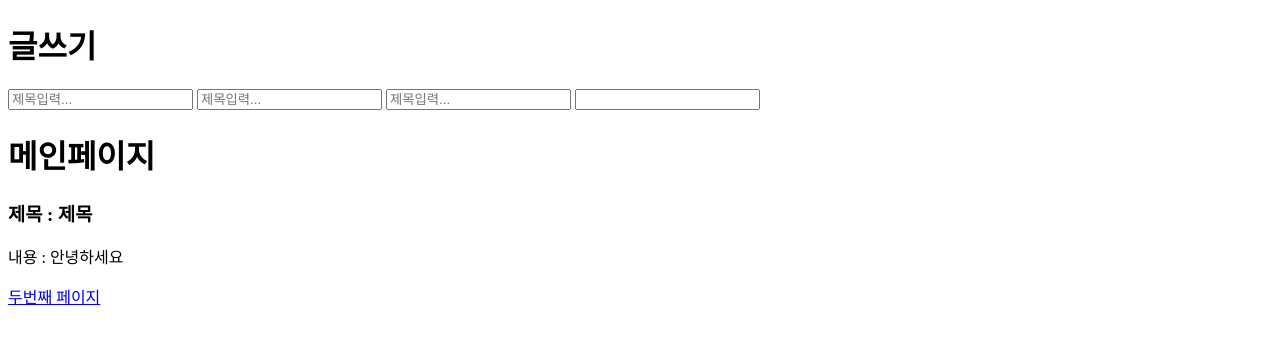
Repository: roseline0912/LikeLion
Page: http://localhost/
The author's editor kept a record of every edit. The page is drawn from the files as they stood at one moment, then again after the next edit.
The browser window is 1280 px wide. The pictures show the whole page.
The page is served by the project's application, run on Django 2.2 (Day8/CreateRead/manage.py). Other server files are loaded and not shown. The page reads the database file committed with the project.

Above is the page before.

### Day8/CreateRead/blog/views.py
from django.shortcuts import render,redirect
from .models import Post

# Create your views here.
def index(request):
    context=dict()
    mypost=Post.objects.all()
    context['dispaly_post']=mypost
    return render(request,'index.html',context)

def second(request):
    # context=dict()
    # context['result']='없어'
    return render(request,'second.html')


def create(request):
    # tmp_post=Post()  # Post 모델 사용
    # tmp_post.title=request.GET.get('title')
    # tmp_post.body=request.GET.get('body')
    # tmp_post.author=request.GET.get('nickname') #html내의 name 속성에 해당하는 정보를 잡아 활용가능
    # tmp_post.save()

    Post.objects.create(title=request.POST.get('title'),
                        body=request.POST.get('body'),
                        author=request.POST.get('nickname'))

    return redirect('index')

### Day8/CreateRead/blog/templates/index.html
<!DOCTYPE html>
<html lang="en">
<head>
    <meta charset="UTF-8">
    <meta name="viewport" content="width=
    , initial-scale=1.0">
    <meta http-equiv="X-UA-Compatible" content="ie=edge">
    <title>Document</title>
</head>
<body>

    <h1>글쓰기</h1>
    <form>
        <input type="text" name="title" placeholder="제목입력..."/>
        <input type="text" name="nickname" placeholder="제목입력..."/>
        <input type="textarea" name="body" placeholder="제목입력..."/>
        <input type="sumit"/>

    </form>

    <h1>메인페이지</h1>
    {% for one_post in dispaly_post %}
        <h3>제목 : {{ one_post.title }}</h3>
        <p>내용 : {{ one_post.body }}</p>
    {% endfor %}


    <a href="second.html">두번째 페이지</a>

</body>
</html>

### Day8/CreateRead/blog/models.py
from django.db import models

# Create your models here.
class Post(models.Model):
    title=models.CharField("제목",max_length=100)
    body=models.TextField("내용")
    author=models.CharField("닉네임",max_length=20)
    created_at=models.DateTimeField(auto_now=True)

    def __str__(self):
        return self.title

### Day8/CreateRead/CreateRead/urls.py
"""CreateRead URL Configuration

The `urlpatterns` list routes URLs to views. For more information please see:
    https://docs.djangoproject.com/en/2.0/topics/http/urls/
Examples:
Function views
    1. Add an import:  from my_app import views
    2. Add a URL to urlpatterns:  path('', views.home, name='home')
Class-based views
    1. Add an import:  from other_app.views import Home
    2. Add a URL to urlpatterns:  path('', Home.as_view(), name='home')
Including another URLconf
    1. Import the include() function: from django.urls import include, path
    2. Add a URL to urlpatterns:  path('blog/', include('blog.urls'))
"""
from django.contrib import admin
from django.urls import path
from blog.views import index, second, create

urlpatterns = [
    path('admin/', admin.site.urls),
    path('',index,name='index'),
    path('second/',second, name='second'),
    path('create/',create, name='create'),
]

### Day8/CreateRead/db.sqlite3 (the tables this page reads, as SQL)
CREATE TABLE "blog_post" ("id" integer NOT NULL PRIMARY KEY AUTOINCREMENT, "title" varchar(100) NOT NULL, "body" text NOT NULL, "author" varchar(20) NOT NULL, "created_at" datetime NOT NULL);
INSERT INTO "blog_post" VALUES
(1, '제목', '안녕하세요', '미선', '2020-07-04 06:04:23.302885');

After the next edit:
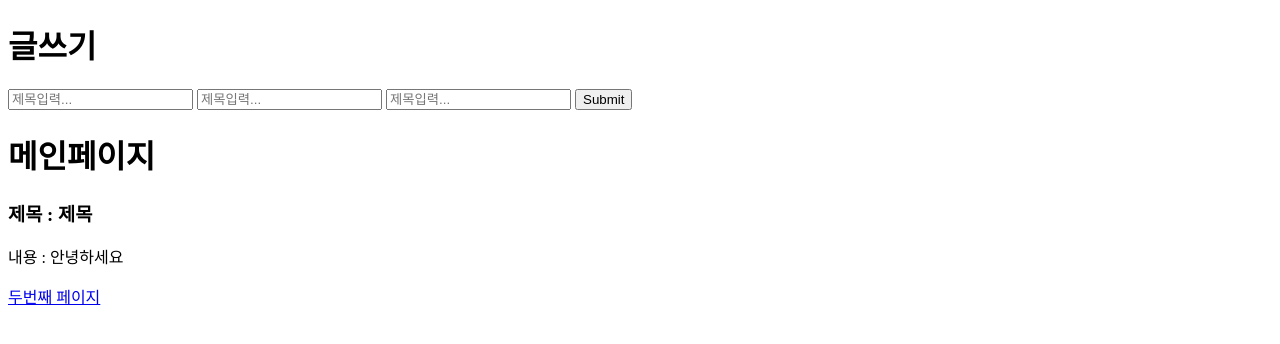
The edit:
--- a/Day8/CreateRead/blog/templates/index.html
+++ b/Day8/CreateRead/blog/templates/index.html
@@ -14,7 +14,7 @@
         <input type="text" name="title" placeholder="제목입력..."/>
         <input type="text" name="nickname" placeholder="제목입력..."/>
         <input type="textarea" name="body" placeholder="제목입력..."/>
-        <input type="sumit"/>
+        <input type="submit"/>
 
     </form>
 
